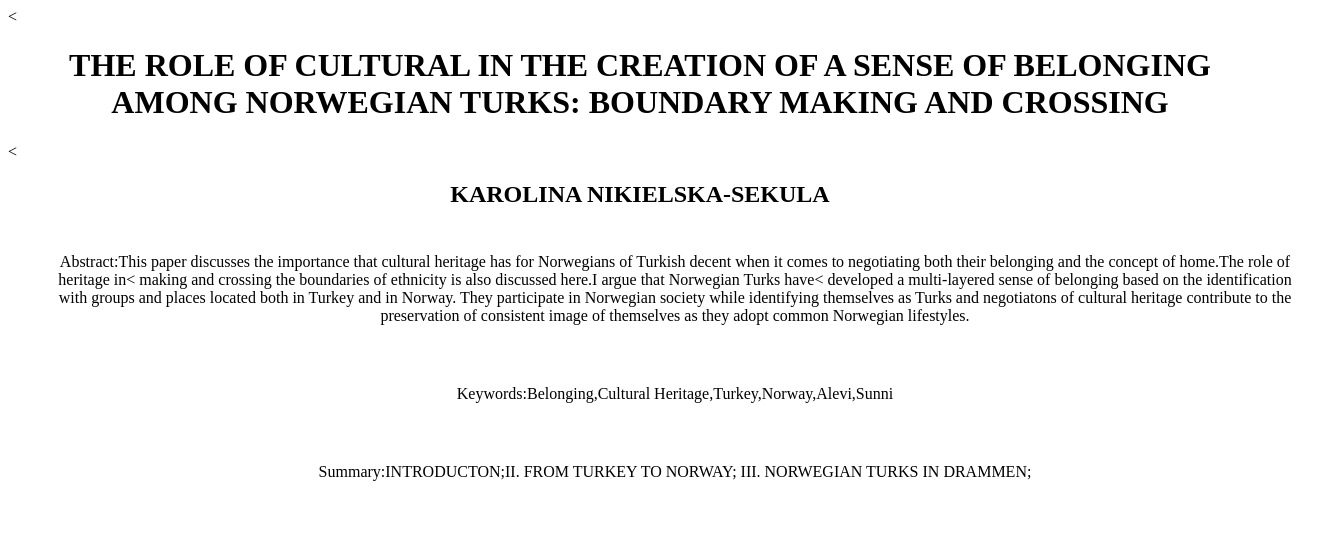
Repository: Pholi658/HTML-Task1
Page: Task2.html/No2.html
The author's editor kept a copy of each file at every save. The page is drawn from the files as they stood at one save, then again after the next save.
The browser window is 1280 px wide. The page is 1332 px wide, so the pictures cover 1332 px, including what lies to the right of the window. The pictures show the whole page.

Above is the page before, as saved 2024-10-17 14:40:34.

After the next save:
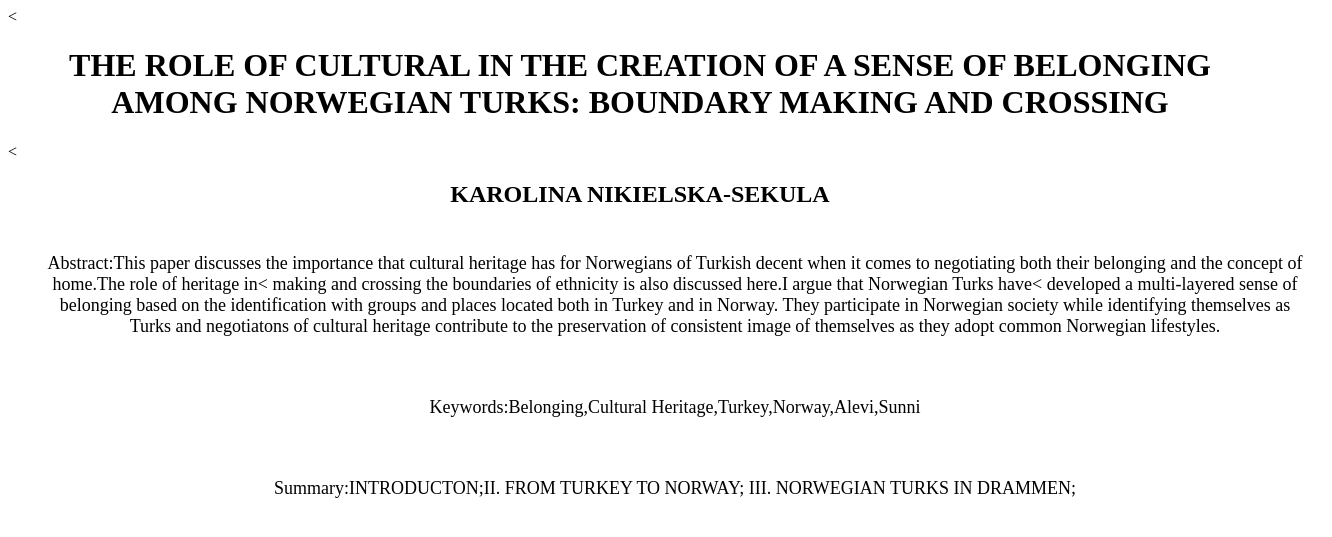
Saved 36 s later.
--- a/Task2.html/No2.html
+++ b/Task2.html/No2.html
@@ -15,6 +15,7 @@
             padding: 25px;
             margin: 10px;
             text-align: center;
+            font-size: 18px;
 
         }
     </style>
@@ -28,19 +29,15 @@
         <<h2>KAROLINA NIKIELSKA-SEKULA</h2>
             <p>Abstract:This paper discusses the importance that cultural heritage has for Norwegians of Turkish
                 decent when it comes to negotiating both their belonging and the concept of home.The role of heritage
-                in<
-                making and crossing the boundaries of ethnicity is also discussed here.I argue that Norwegian Turks
-                have<
-                developed a multi-layered sense of belonging based on the identification with groups and places
-                located
-                both in Turkey and in Norway. They participate in Norwegian society while identifying themselves as
-                Turks and negotiatons of cultural heritage contribute to the preservation of consistent image of
-                themselves as they adopt common Norwegian lifestyles.</p>
-            <p>Keywords:Belonging,Cultural Heritage,Turkey,Norway,Alevi,Sunni</p>
-            <p>Summary:INTRODUCTON;II. FROM TURKEY TO NORWAY; III. NORWEGIAN TURKS IN DRAMMEN;<IV. ETHODOLOGY; V.
-                HERITAGE
-                AND BELONGING.BOUNDARY MAKING AND CROSSING; V.1. Dual Belonging; V.2. Dual(non)belonging; V.3.
-                Heritage:boundary making and crossing;VI.CONCLUSIONS</p>
+                in< making and crossing the boundaries of ethnicity is also discussed here.I argue that Norwegian Turks
+                    have< developed a multi-layered sense of belonging based on the identification with groups and
+                    places located both in Turkey and in Norway. They participate in Norwegian society while identifying
+                    themselves as Turks and negotiatons of cultural heritage contribute to the preservation of
+                    consistent image of themselves as they adopt common Norwegian lifestyles.</p>
+                    <p>Keywords:Belonging,Cultural Heritage,Turkey,Norway,Alevi,Sunni</p>
+                    <p>Summary:INTRODUCTON;II. FROM TURKEY TO NORWAY; III. NORWEGIAN TURKS IN DRAMMEN;<IV. ETHODOLOGY;
+                            V. HERITAGE AND BELONGING.BOUNDARY MAKING AND CROSSING; V.1. Dual Belonging; V.2.
+                            Dual(non)belonging; V.3. Heritage:boundary making and crossing;VI.CONCLUSIONS</p>
     </body>
 
 </html>
